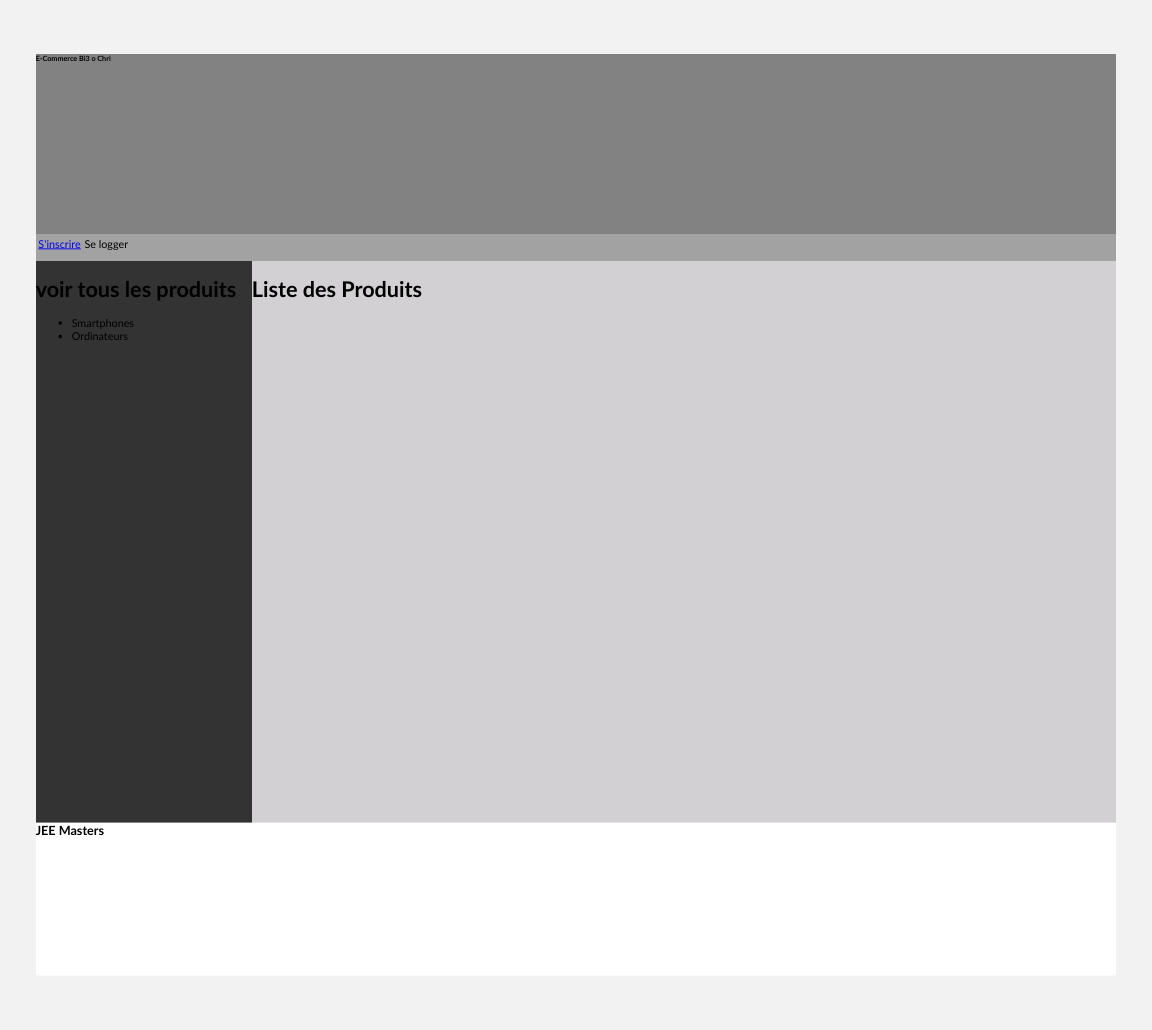
Repository: EBusinesss/Ebusiness
Page: http://localhost/EcomWEB/
These files come from the project's save history. The page is drawn as it stood at one moment and after the next save; the edit follows.
The browser window is 1280 px wide. The pictures show the whole page, at 90% of full size.
The page is served by Tomcat 9. Nobody is signed in. The application's start-up code is not run. Other server files are loaded and not shown.

Above is the page before, as saved 2014-12-08 20:58:13.

### Workspace/EcomWEB/WebContent/index.jsp
<%@ page language="java" contentType="text/html; charset=ISO-8859-1"
    pageEncoding="ISO-8859-1"%>

<!DOCTYPE html PUBLIC "-//W3C//DTD HTML 4.01 Transitional//EN" "http://www.w3.org/TR/html4/loose.dtd">
<html>
<head>
<link rel="stylesheet" type="text/css" href="./style/style.css" />
<meta http-equiv="Content-Type" content="text/html; charset=ISO-8859-1">
<title>Insert title here</title>
</head>
<body>

<div id="wrapper">

	<div id="header">
	<h6>E-Commerce Bi3 o Chri</h6>
	</div>

	<div id="navigation">
	<table>
		<tr>
		<td><a href="Inscription.jsp"> S'inscrire </a></td>
		<td><a onclick="seLogger()"> Se logger </a></td>
		</tr>
	</table>
	</div>

	<div id="menuLateral">
	<h1> <a> voir tous les produits </a> </h1>

	<ul>
		<li> Smartphones</li>
		<li> Ordinateurs</li>
	</ul>
	</div>

	<div id="content">
	<h1>Liste des Produits </h1>


	</div>

	<div id="footers">
	<h3>JEE Masters</h3>
	</div>

<script >
function seLogger()
{

	window.confirm("test test");
	}

</script>


</div>
</body>
</html>

### Workspace/EcomWEB/WebContent/style/style.css
@CHARSET "ISO-8859-1";

body{
	background: #f3f2f3;
	color: #000000;
	font-family: Trebuchet MS, Arial, Times New Roman;
	font-size: 12px;
}


#wrapper {
	background: #FFFFFF;
	margin: 60px auto;
	width: 95%;
	height: 1024px;
}

#header{
	margin-top: 1px;
	background: #838283;
	height: 200px;
	width: 100%;
}
#navigation {
	background: #a2a2a2;
	width: 100%;
	height: 30px;
}

#menuLateral{
	background: #333333;
	float: left;
	width: 20%;
	height: 624px;
}

#content {
	background: #d2d0d2;
	width: 80%;
	height: 624px;
	float: right;
}

#footer {
	background: #838283;
	height: 180px;
	width: 95%;
}

a{
	cursor: pointer;
}

After the next save:
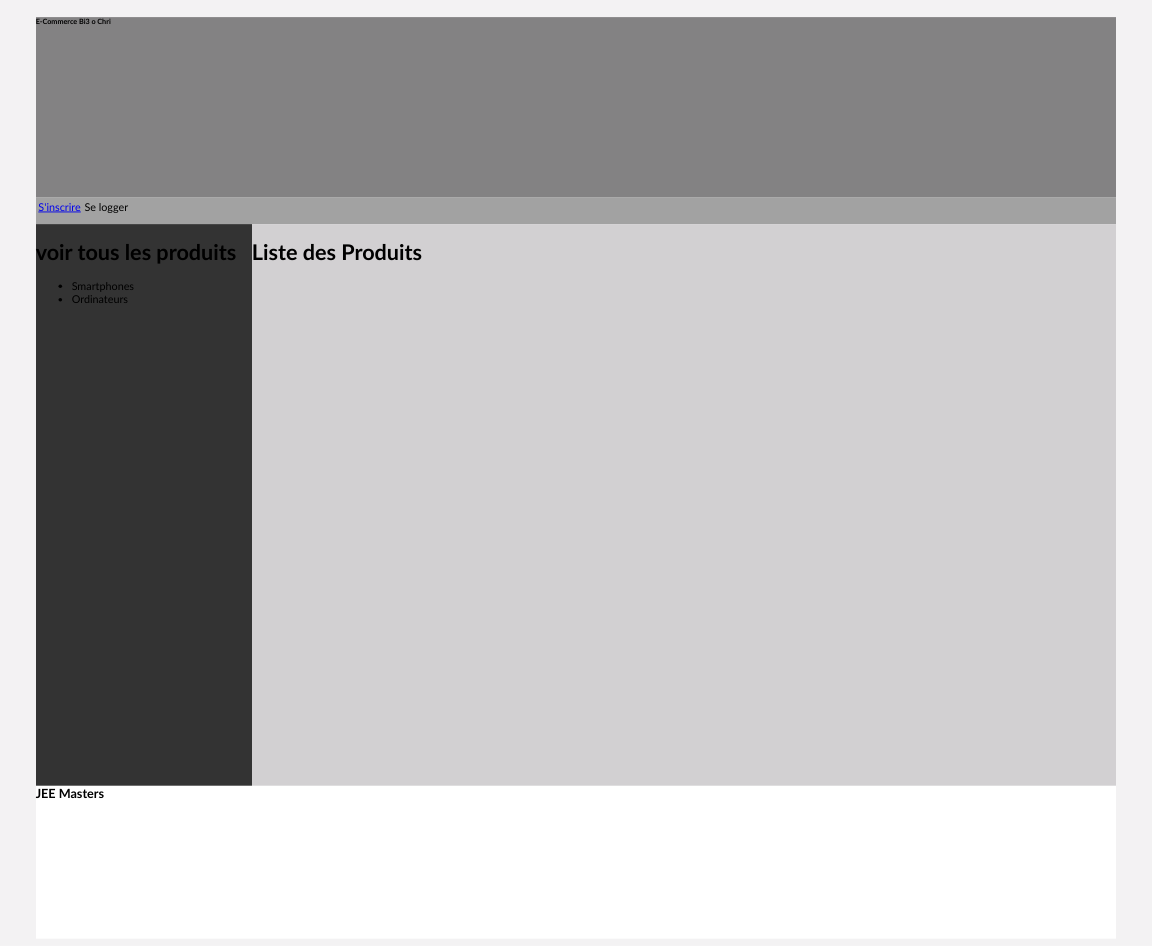
Saved 34 s later.
--- a/Workspace/EcomWEB/WebContent/style/style.css
+++ b/Workspace/EcomWEB/WebContent/style/style.css
@@ -10,7 +10,7 @@ body{
 
 #wrapper {
 	background: #FFFFFF;
-	margin: 60px auto;
+	margin: 5px auto;
 	width: 95%;
 	height: 1024px;
 }
